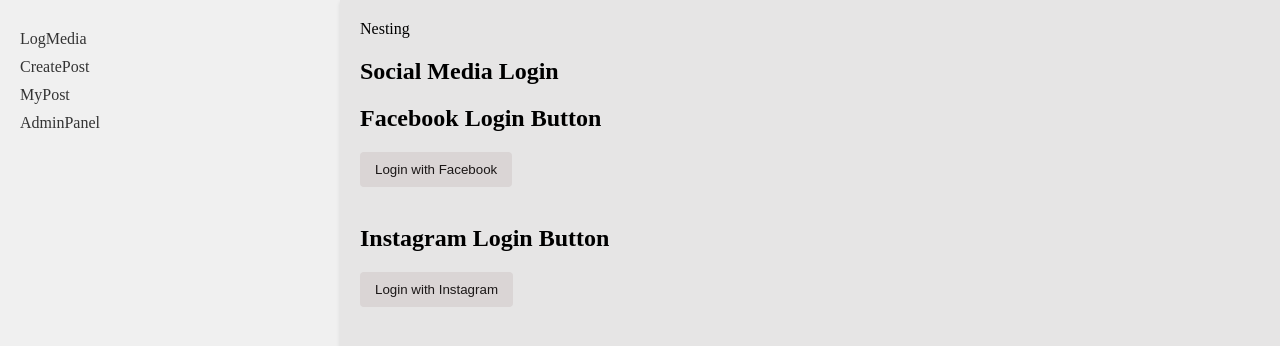
Repository: pripriya09/media-share
Page: /home (app in share-content/)
These files come from the project's save history. The page is drawn as it stood at one moment and after the next save; the edit follows.
The browser window is 1280 px wide. The pictures show the whole page.
The project was rebuilt for these pictures with package versions that can differ from the ones it lists, and the page was loaded fresh each time. Also part of the build but not shown: share-content/vite.config.js, share-content/src/MEDIA_SHARE/AutoPostApp.jsx, share-content/src/MEDIA_SHARE/SignIn.jsx, share-content/src/MEDIA_SHARE/share.css, share-content/src/MEDIA_SHARE/CreatePost.jsx, share-content/src/MEDIA_SHARE/MyPost.jsx, share-content/src/MEDIA_SHARE/AdminPanel.jsx.

Above is the page before, as saved 2024-12-24 16:44:48.

After the next save:
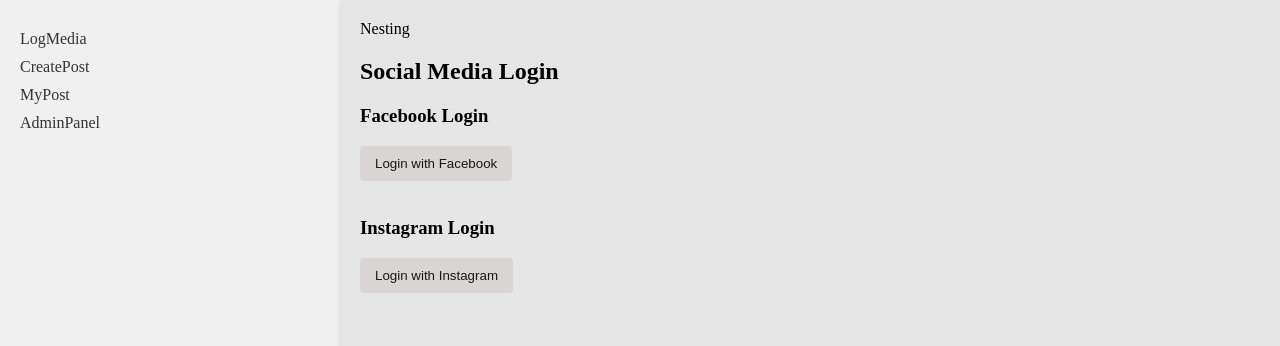
Saved 26 min 49 s later.
--- a/share-content/src/MEDIA_SHARE/LogMedia.jsx
+++ b/share-content/src/MEDIA_SHARE/LogMedia.jsx
@@ -1,5 +1,5 @@
 import React, { useEffect } from "react";
-import axios from "axios"
+import axios from "axios";
 
 function LogMedia() {
   useEffect(() => {
@@ -16,6 +16,7 @@
 
     // Initialize FB SDK
     window.fbAsyncInit = function () {
+      if (!window.FB) return;
       FB.init({
         appId: "8093079670819639", // Replace with your Facebook App ID
         cookie: true,
@@ -25,61 +26,39 @@
     };
   }, []);
 
-  // Facebook Login Handler
-  const handleFBLogin = () => {
+  // Unified Login Handler
+  const handleLogin = (type) => {
     if (window.FB) {
+      const scopes = {
+        facebook:
+          "pages_show_list,pages_read_engagement,instagram_basic,instagram_manage_comments,instagram_manage_insights",
+        instagram:
+          "instagram_basic,instagram_content_publish,instagram_manage_comments,instagram_manage_insights,pages_show_list,pages_read_engagement",
+      };
+
       FB.login(
-        (response) => {
+        async (response) => {
           if (response.authResponse) {
-            console.log("Facebook login successful!", response);
+            console.log(`${type} login successful!`, response);
 
             const userAccessToken = response.authResponse.accessToken;
-            localStorage.setItem("facebook_userAccessToken", userAccessToken);
- console.log("userAccessToken",userAccessToken)
-            // Fetch Pages
-            // getPages(userAccessToken);
+            localStorage.setItem(`${type}_userAccessToken`, userAccessToken);
+
+            // Fetch Pages and handle logic
+            await getPages(userAccessToken, type);
           } else {
-            console.log("User cancelled login or did not fully authorize.");
+            console.log(`${type} login cancelled or not authorized.`);
           }
         },
-        {
-          scope: "instagram_basic,instagram_content_publish,instagram_manage_comments,instagram_manage_insights,instagram_shopping_tag_products,pages_show_list,pages_read_engagement"
-          ,
-        }
+        { scope: scopes[type] }
       );
     } else {
-      console.log("Facebook SDK is not loaded.");
+      console.error("Facebook SDK is not loaded.");
     }
   };
 
-  // Instagram Login Handler (Same as Facebook Login with Independent Storage)
-  const handleInstagramLogin = () => {
-    if (window.FB) {
-      FB.login(
-        (response) => {
-          if (response.authResponse) {
-            console.log("Instagram login successful!", response);
-
-            const userAccessToken = response.authResponse.accessToken;
-            localStorage.setItem("instagram_userAccessToken", userAccessToken);
-
-            // Fetch Pages and linked Instagram accounts
-            getPages(userAccessToken);
-          } else {
-            console.log("User cancelled login or did not fully authorize.");
-          }
-        },
-        {
-          scope:
-            "instagram_basic,instagram_content_publish,instagram_manage_comments,instagram_manage_insights,instagram_shopping_tag_products,pages_show_list,pages_read_engagement",
-        }
-      );
-    } else {
-      console.log("Facebook SDK is not loaded.");
-    }
-  };
-
-  const getPages = async (userAccessToken) => {
+  // Fetch Facebook Pages and Check Instagram Link
+  const getPages = async (userAccessToken, type) => {
     try {
       const response = await axios.get("https://graph.facebook.com/v21.0/me/accounts", {
         params: { access_token: userAccessToken },
@@ -90,36 +69,42 @@
         const targetPage = pages.find((page) => page.instagram_business_account);
         if (targetPage) {
           const pageAccessToken = targetPage.access_token;
-          localStorage.setItem("pageAccessToken", pageAccessToken); // Store page access token
-          console.log("pageAccessToken",pageAccessToken)
+          localStorage.setItem("pageAccessToken", pageAccessToken);
 
-          // Optional: Check if Instagram account is correctly linked to the page
-          const instagramBusinessAccountId = targetPage.instagram_business_account.id;
-          console.log("Instagram Business Account ID:", instagramBusinessAccountId);
+          console.log("Page Access Token:", pageAccessToken);
+
+          if (type === "instagram") {
+            const instagramBusinessAccountId = targetPage.instagram_business_account.id;
+            console.log("Instagram Business Account ID:", instagramBusinessAccountId);
+          }
         } else {
-          alert("No Instagram business account linked to this page. Please link your Instagram account to a Facebook Page.");
+          alert(
+            "No Instagram business account linked to this page. Please link your Instagram account to a Facebook Page."
+          );
         }
       } else {
         alert("No pages found for this account.");
       }
     } catch (error) {
-      console.error("Error fetching pages:", error);
+      console.error("Error fetching pages:", error.message);
       alert("There was an issue fetching your Facebook pages. Please try again.");
     }
   };
-   return (<>
+
+  return (
     <div>
       <h2>Social Media Login</h2>
- <h2> Facebook Login Button </h2>
-
-      <button onClick={handleFBLogin}>Login with Facebook</button>
+      <div>
+        <h3>Facebook Login</h3>
+        <button onClick={() => handleLogin("facebook")}>Login with Facebook</button>
       </div>
-<br/>
-<div>
-     <h2>Instagram Login Button</h2>
-      <button onClick={handleInstagramLogin}>Login with Instagram</button>
+      <br />
+      <div>
+        <h3>Instagram Login</h3>
+        <button onClick={() => handleLogin("instagram")}>Login with Instagram</button>
+      </div>
     </div>
-    </>);
+  );
 }
 
 export default LogMedia;
